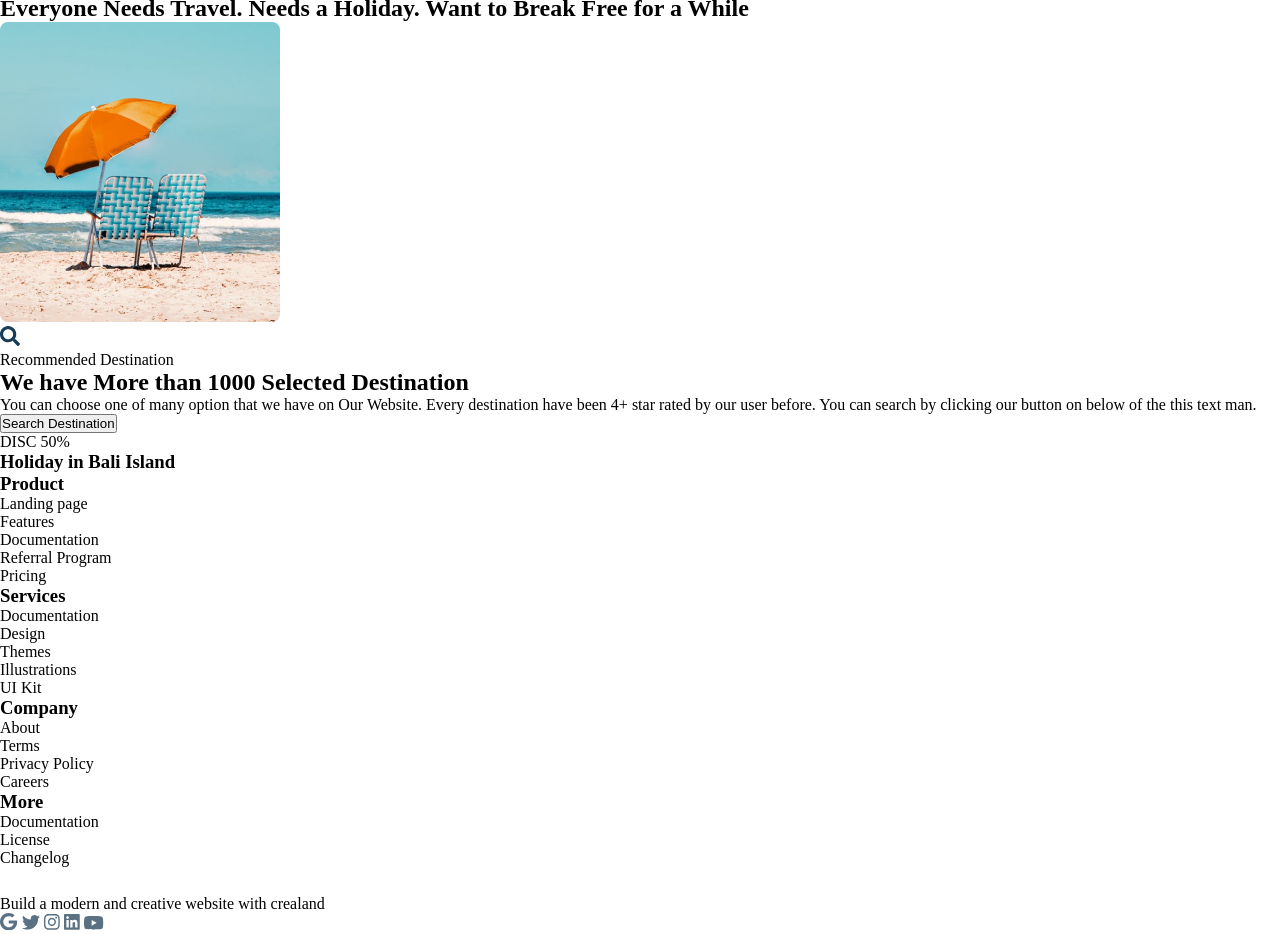
Repository: daviHmoraes/frontcomtailwind
Page: index.html
These files come from the project's save history. The page is drawn as it stood at one moment and after the next save; the edit follows.
The browser window is 1280 px wide. The pictures show the part of the page from y = 3911 to 4863 px (the page is 4845 px tall before and 4863 px after).
A picture or video elsewhere on the page could not be fetched, so the positions and the page height are approximate.

Above is the page before, as saved 2026-08-31 18:23:41.

### index.html
<!DOCTYPE html>
<html lang="en">
<head>
    <meta charset="UTF-8">
    <meta name="viewport" content="width=device-width, initial-scale=1.0">
    <title>Ehya - Home Page</title>
    <link rel="stylesheet" href="/css/style.css">
</head>
<body>

    <header>

        <section class="header">
            <img src="/img/Logo.svg" alt="Ehya Company Logo">
            <img src="/img/hamburguer-menu.svg" alt="Hamburguer menu Icon">
        </section>

        <section class="hero">

            <div class="hero-content">
                <h1>
                    Start Exploring to
                    Find Inner Peace
                    by Traveling
                </h1>

                <p>
                    Lost yourself with Vacation and
                    Travel into the place that you never
                    visit before. We have thousand
                    places in our database for you.
                </p>
            </div>

            <div class="form-card">

                <img src="/img/background-image.png" alt="Beach Background Image">

                <h2>
                    You can start search here
                </h2>

                <p>
                    Find thousand destination for travelling
                    with best prices. Apply “EHYA50” Code
                    on Payment Process.
                </p>

                <form>
                    <label for="where">Where</label><br>
                    <input type="text" id="where" name="where"><br>

                    <label for="checkin">Check In</label><br>
                    <input type="date" id="checkin" name="checkin"><br>

                    <label for="checkout">Check Out</label><br>
                    <input type="date" id="checkout" name="checkout"><br>

                    <label for="guests">Guests</label><br>
                    <input type="text" id="guests" name="guests"><br>

                    <input type="submit" id="submit">
                </form>
            </div>

            <img src="/img/circle.svg" alt="Circle Around the Arrow Icon">
            <img src="/img/south-arrow.svg" alt="South Pointing Arrow">

        </section>
    </header>

    <main>

        <section class="benefits">
            <h2>
                Travelya Benefit
                for User
            </h2>

            <p>
                We are self-service data analytics
                software that lets you create visually
                appealing data visualizations and
                insightful dashboards in minutes.
            </p>

            <div class="cards">
                <div class="card">
                    <img src="/img/card-icon/cheap-icon.svg" alt="Label Icon">

                    <div class="card-content">
                        <h3>
                            Cheap than Other
                        </h3>
                        <p>
                            Travelya is cheaper than other
                            travel agency.
                        </p>
                    </div>
                </div>

                <div class="card">
                    <img src="/img/card-icon/secure-icon.png" alt="Shield Icon">

                    <div class="card-content">
                        <h3>
                            Secure Payment
                        </h3>
                        <p>
                            You can pay your book without
                            doubt again.
                        </p>
                    </div>
                </div>

                <div class="card">
                    <img src="/img/card-icon/free-icon.svg" alt="AC Icon">

                    <div class="card-content">
                        <h3>
                            Free Amenities
                        </h3>
                        <p>
                            We guarantee you can give free amenities wherever
                            you are.
                        </p>
                    </div>
                </div>

                <div class="card">
                    <img src="/img/card-icon/top-icon.svg" alt="Crown Icon">

                    <div class="card-content">
                        <h3>
                            Top Rated
                        </h3>
                        <p>
                            Only show best destination
                            with 1000+ super review user
                        </p>
                    </div>
                </div>

                <div class="card">
                    <img src="/img/card-icon/best-icon.svg" alt="Medal Icon">

                    <div class="card-content">
                        <h3>
                            Best Offers
                        </h3>
                        <p>
                            Inform you about all best
                            offers for all destination
                        </p>
                    </div>
                </div>

                <div class="card">
                    <img src="/img/card-icon/easy-icon.svg" alt="Like Icon">

                    <div class="card-content">
                        <h3>
                            Easy Book
                        </h3>
                        <p>
                            Follow flow, Click, Pay. Wait.
                            Just wait e-ticket
                        </p>
                    </div>
                </div>

                <div class="card">
                    <img src="/img/card-icon/refund-icon.svg" alt="Hands Shell Icon">

                    <div class="card-content">
                        <h3>
                            Fast Refund
                        </h3>
                        <p>
                            If you canceled. We can refund
                            your money 1x12
                        </p>
                    </div>
                </div>

                <div class="card">
                    <img src="/img/card-icon/support-icon.svg" alt="Headphone Icon">

                    <div class="card-content">
                        <h3>
                            24/7 Support
                        </h3>
                        <p>
                            We’re ready help you anytime
                            and anywhere you are.
                        </p>
                    </div>
                </div>
            </div>
        </section>

        <section class="popular-destinations">
            <h2>
                Popular Destinations
            </h2>

            <div class="destinations">
                <div class="destination">
                    <img src="/img/destinations/venice.png" alt="Aerial Footage of Venice - Italy">
                    <h3>
                        Venice, Italy
                    </h3>
                    <p>
                        Travelling into the popular river in Italy
                    </p>
                    <button class="see-offers">
                        See Offers
                    </button>
                </div>

                <div class="destination">
                    <img src="/img/destinations/paris.png" alt="Aerial Footage of Paris - France">
                    <h3>
                        Paris, France
                    </h3>
                    <p>
                        Romance in popular world landmark
                    </p>
                    <button class="see-offers">
                        See Offers
                    </button>
                </div>

                <div class="destination">
                    <img src="/img/destinations/bali.png" alt="Aerial Footage of Bali - Indonesia">
                    <h3>
                        Bali, Indonesia
                    </h3>
                    <p>
                        See best sunset ver in the world
                    </p>
                    <button class="see-offers">
                        See Offers
                    </button>
                </div>

                <div class="destination">
                    <img src="/img/destinations/bali.png" alt="Aerial Footage of Santorini - Greece">
                    <h3>
                        Santorini, Greece
                    </h3>
                    <p>
                        Visit the 1000 Gods Country
                    </p>
                    <button class="see-offers">
                        See Offers
                    </button>
                </div>
            </div>

            <div class="see-offers">
                <a href="#">See All Offers</a>
                <img src="/img/east-arrow.svg" alt="East Pointing Arrow">
            </div>
        </section>

        <section class="about-travelya">
            <h3>
                ABOUT TRAVELYA
            </h3>

            <h1>
                Everyone Needs Travel. Needs a Holiday.
                Want to Break Free for a While
            </h1>

            <img src="/img/recommended-destination.png" alt="Beach Umbrella Footage">

            <div>
                <img src="/img/search.svg" alt="Search Bloom Icon">
                <p>Recommended Destination</p>
            </div>

            <h2>
                We have More than 1000
                Selected Destination
            </h2>

            <p>
                You can choose one of many option
                that we have on Our Website. Every
                destination have been 4+ star rated
                by our user before. You can search
                by clicking our button on below of
                the this text man.
            </p>

            <button class="search-destination">
                Search Destination
            </button>

            <div class="holiday-card">
                <span class="discount">DISC 50%</span>
                <h3>
                    Holiday in Bali Island
                </h3>
                <p></p>
            </div>

        </section>

    </main>

    <footer>
        <div class="redirects">
            <article>
                <h3>Product</h3>
                <p>Landing page</p>
                <p>Features</p>
                <p>Documentation</p>
                <p>Referral Program</p>
                <p>Pricing</p>
            </article>

            <article>
                <h3>Services</h3>
                <p>Documentation</p>
                <p>Design</p>
                <p>Themes</p>
                <p>Illustrations</p>
                <p>UI Kit</p>
            </article>

            <article>
                <h3>Company</h3>
                <p>About</p>
                <p>Terms</p>
                <p>Privacy Policy</p>
                <p>Careers</p>
            </article>

            <article>
                <h3>More</h3>
                <p>Documentation</p>
                <p>License</p>
                <p>Changelog</p>
            </article>
        </div>

        <div class="footer-content">
            <img src="/img/logo.svg" alt="Logo da empresa Ehya">

            <p>
                Build a modern and creative website with crealand
            </p>

            <div class="contacts">
                <img src="/img/footer-icons/google.svg" alt="Redirect Contact Google icon">
                <img src="/img/footer-icons/twitter.svg" alt="Redirect Contact Twitter icon">
                <img src="/img/footer-icons/instagram.svg" alt="Redirect Contact Instagram icon">
                <img src="/img/footer-icons/linkedin.svg" alt="Redirect Contact Linkedin icon">
                <img src="/img/footer-icons/youtube.svg" alt="Redirect Contact Youtube icon">
            </div>

        </div>

    </footer>

</body>
</html>

### css/style.css
* {
    margin: 0;
    padding: 0;
    overflow-x: hidden;
}

After the next save:
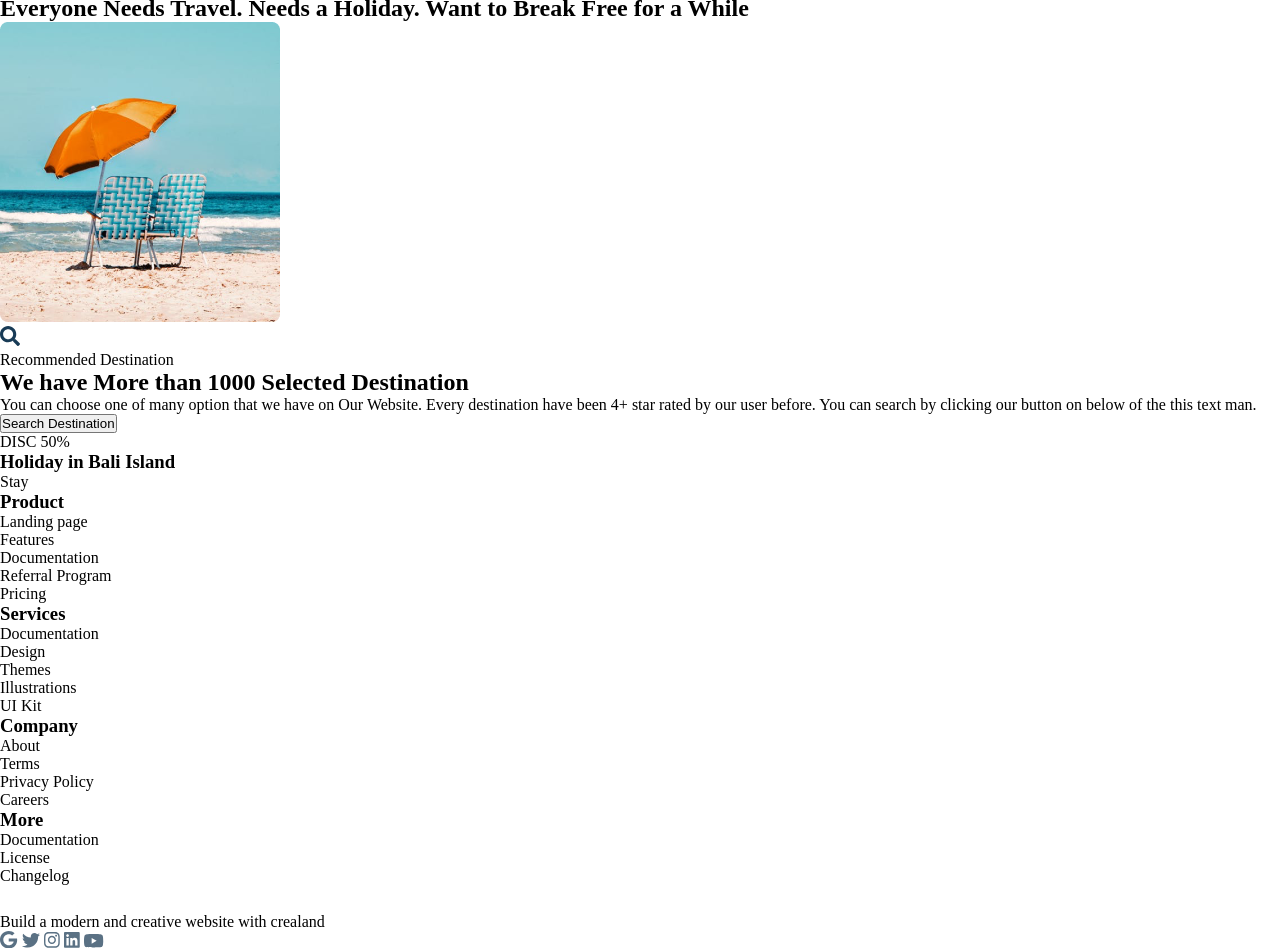
Saved 4 s later.
--- a/index.html
+++ b/index.html
@@ -304,7 +304,9 @@
                 <h3>
                     Holiday in Bali Island
                 </h3>
-                <p></p>
+                <p>
+                    Stay
+                </p>
             </div>
 
         </section>
